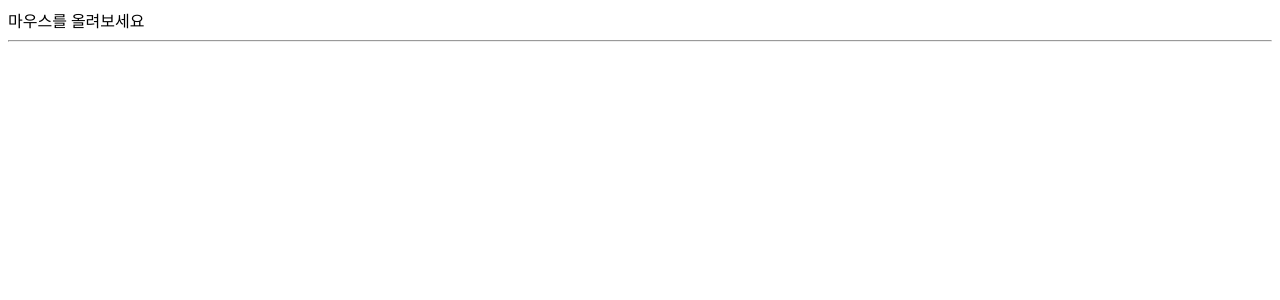
Repository: jin4344/study
Page: 종합실습/task01.html
These files come from the project's save history. The page is drawn as it stood at one moment and after a run of saves; the edit follows.
The browser window is 1280 px wide. The pictures show the whole page.

Above is the page before, as saved 2023-05-27 17:35:27.

### 종합실습/task01.html
<!DOCTYPE html>
<html lang="en">
<head>
    <meta charset="UTF-8">
    <meta http-equiv="X-UA-Compatible" content="IE=edge">
    <meta name="viewport" content="width=device-width, initial-scale=1.0">
    <title>task1</title>
</head>
<body>
    <div><span>마우스를 올려보세요</span><hr><span></span></div>
</body>
</html>

After the next 2 saves:
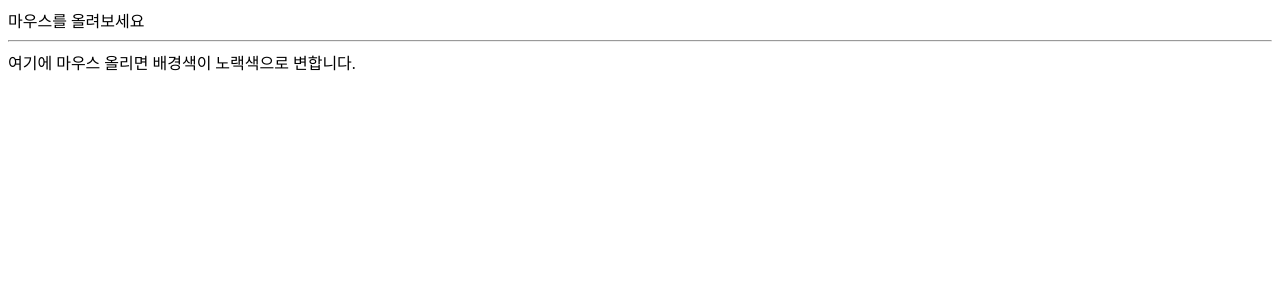
The 2 saves are shown as one change because they came seconds apart.
The last was saved 13 s later.
--- a/종합실습/task01.html
+++ b/종합실습/task01.html
@@ -1,12 +1,16 @@
 <!DOCTYPE html>
 <html lang="en">
-<head>
-    <meta charset="UTF-8">
-    <meta http-equiv="X-UA-Compatible" content="IE=edge">
-    <meta name="viewport" content="width=device-width, initial-scale=1.0">
+  <head>
+    <meta charset="UTF-8" />
+    <meta http-equiv="X-UA-Compatible" content="IE=edge" />
+    <meta name="viewport" content="width=device-width, initial-scale=1.0" />
     <title>task1</title>
-</head>
-<body>
-    <div><span>마우스를 올려보세요</span><hr><span></span></div>
-</body>
+  </head>
+  <body>
+    <div>
+      <span>마우스를 올려보세요</span>
+      <hr />
+      <span>여기에 마우스 올리면 배경색이 노랙색으로 변합니다.</span>
+    </div>
+  </body>
 </html>
